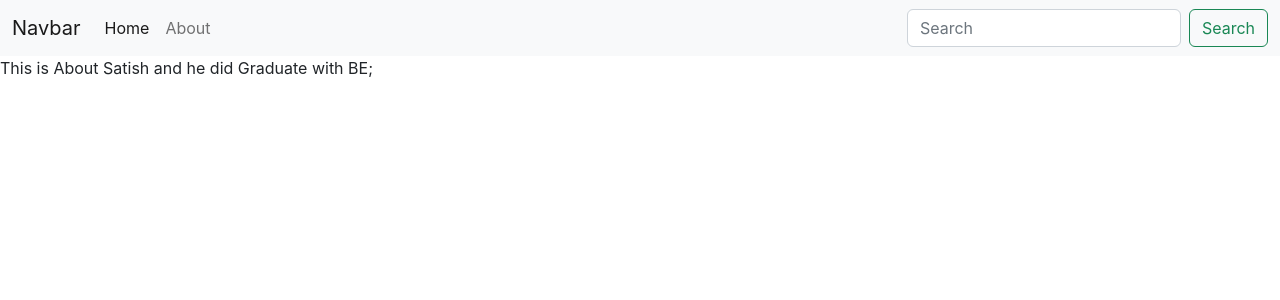
Repository: SatishPatil108/iNotebook-React
Page: /about
These files come from the project's save history. The page is drawn as it stood at one moment and after the next save; the edit follows.
The browser window is 1280 px wide. The pictures show the whole page.
The project was rebuilt for these pictures with package versions that can differ from the ones it lists, and the page was loaded fresh each time. Also part of the build but not shown: src/App.css, src/components/Home.js.

Above is the page before, as saved 2022-07-23 16:40:51.

After the next save:
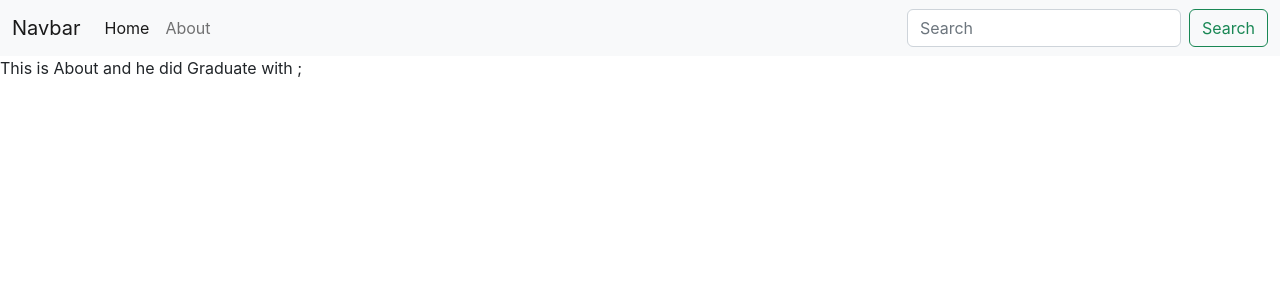
Saved 8 min 32 s later.
--- a/src/context/notes/NoteState.js
+++ b/src/context/notes/NoteState.js
@@ -1,12 +1,23 @@
 import NoteContext from "./noteContext";
-
+import { useState } from "react";
 const NoteState = (props) => {
-    const state = {
+    const s1 = {
         "name": "Satish",
         "class": "BE"
     }
+
+    const [state, setState] = useState(s1)
+    const update = () => {
+        setTimeout(() => {
+            setState({
+                "name": "Patil",
+                "class": "BE"
+            })
+        }, 1000);
+
+    }
     return (
-        <NoteContext.Provider value={state}>
+        <NoteContext.Provider value={{ state, update }}>
             {props.children}
         </NoteContext.Provider>
     )
